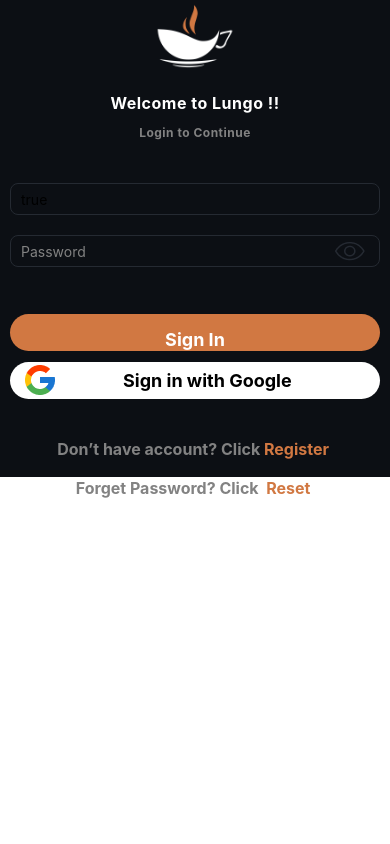
Repository: nguoilaisaochoi/App-coffe
Screen: /
The author's editor kept a copy of each file at every save. The screen is drawn from the files as they stood at one save, then again after the next save.
The app was drawn by React Native's web renderer in a window 390 px wide. The project was rebuilt for these pictures with package versions that can differ from the ones it lists, and the page was loaded fresh each time.

Above is the screen before, as saved 2024-01-12 21:41:36.

After the next save:
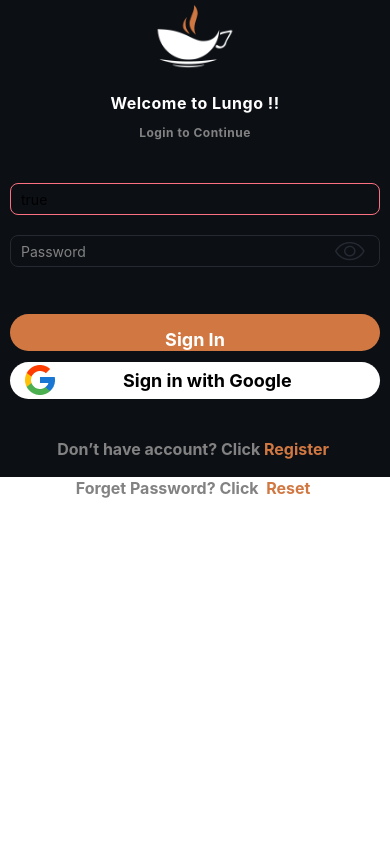
Saved 8 s later.
--- a/src/Login.js
+++ b/src/Login.js
@@ -34,7 +34,7 @@
         <Text style={mystyle.welcome}>Welcome to Lungo !!</Text>
         <Text style={mystyle.welcome2}>Login to Continue</Text>
         <TextInput
-          style={[mystyle.input, !isNamVaild && mystyle.error]}
+          style={[mystyle.input, mystyle.error]}
           placeholder="Emall Address"
           placeholderTextColor="#828282"
           value={Name}

After the save that followed:
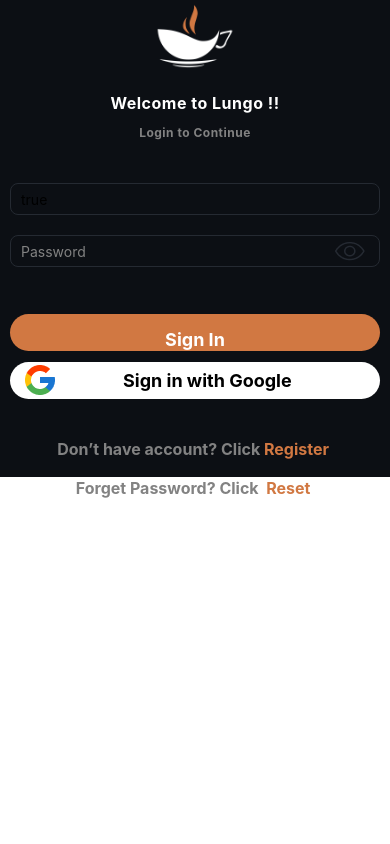
Saved 5 s later.
--- a/src/Login.js
+++ b/src/Login.js
@@ -34,7 +34,7 @@
         <Text style={mystyle.welcome}>Welcome to Lungo !!</Text>
         <Text style={mystyle.welcome2}>Login to Continue</Text>
         <TextInput
-          style={[mystyle.input, mystyle.error]}
+          style={[mystyle.input, !isNamVaild && mystyle.error]}
           placeholder="Emall Address"
           placeholderTextColor="#828282"
           value={Name}
